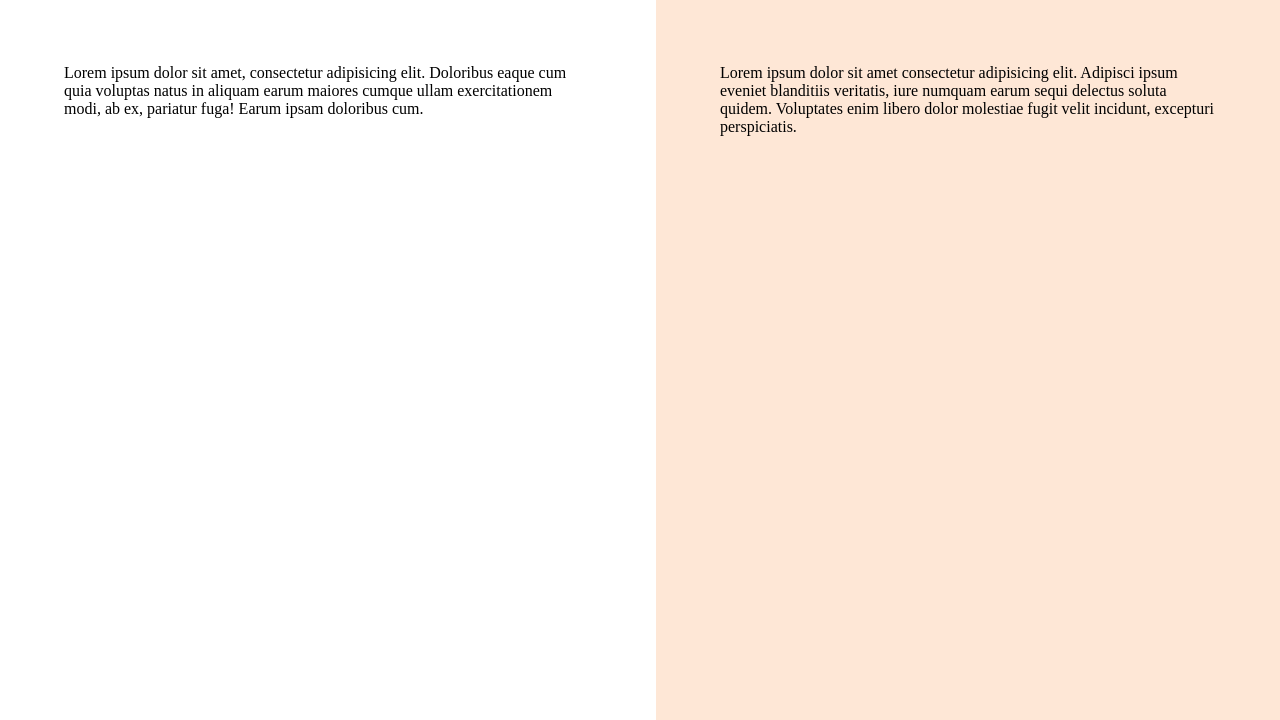
Repository: JeffRodFer/Formulario_de_Matriculas
Page: index.html
An editor plug-in stored every save of this project. The page is shown before and after a run of saves, followed by the edit.
The browser window is 1280 px wide. The pictures show the whole page.

Above is the page before, as saved 2025-05-06 20:55:41.

### index.html
<!DOCTYPE html>
<html lang="pt-br">
<head>

  <link rel="preconnect" href="https://fonts.googleapis.com">
  <link rel="preconnect" href="https://fonts.gstatic.com" crossorigin>

  <meta charset="UTF-8">
  <meta name="viewport" content="width=device-width, initial-scale=1.0">
  <title>Estrelas do Amanhã</title>

  <link rel="stylesheet" href="styles/index.css">
  <link href="https://fonts.googleapis.com/css2?family=Archivo:ital,wght@0,100..900;1,100..900&family=Bree+Serif&family=Poppins:wght@400;700&display=swap" rel="stylesheet">
</head>
<body>
  <div id="app">
    <main>
      <div class="main-container">Lorem ipsum dolor sit amet, consectetur adipisicing elit. Doloribus eaque cum quia voluptas natus in aliquam earum maiores cumque ullam exercitationem modi, ab ex, pariatur fuga! Earum ipsam doloribus cum.</div>
    </main>

    <aside>
      <div class="aside-container">Lorem ipsum dolor sit amet consectetur adipisicing elit. Adipisci ipsum eveniet blanditiis veritatis, iure numquam earum sequi delectus soluta quidem. Voluptates enim libero dolor molestiae fugit velit incidunt, excepturi perspiciatis.</div>
    </aside>

  </div>

</body>
</html>

### styles/global.css
* {
  margin: 0;
  padding: 0;
  box-sizing: border-box;
}

:root {
  --font-family: "Poppins", sans-serife;
  --text: 4001rem/1.5 var(--not-fsmily);
  --text-sm: 400 .875rem/1.4 var(--font-family);


  --text-primary: #292524;
  --text-secondary: #57534e;
  --text-tertiary: #8f8801;
  --text0-height: #e43a12;

  --surface-primary: #ffffff;
  --surface-secondary: #fee7d6;

  --stroke-default: #d6d3d1;
  --stroke-hightlight: #f3541c;
  --semantics-error:#dc2626;
}

body {
  overflow: hidden;
}

### styles/layout.css
#app {
  display: grid;
  grid-template-columns: 51.25% 48.75%;

  height: 100vh;
  overflow: hidden;
}

main {
  overflow: auto;
  padding: 4rem;

  & .main-container{
    max-width: 33rem;
    margin-left: auto;
  }
}
aside {
  background-color: var(--surface-secondary);
  padding: 4rem;

& .aside-container {
  max-width: 31rem;
}

}

Loaded but not shown: styles/index.css (common file)

After the next 2 saves:
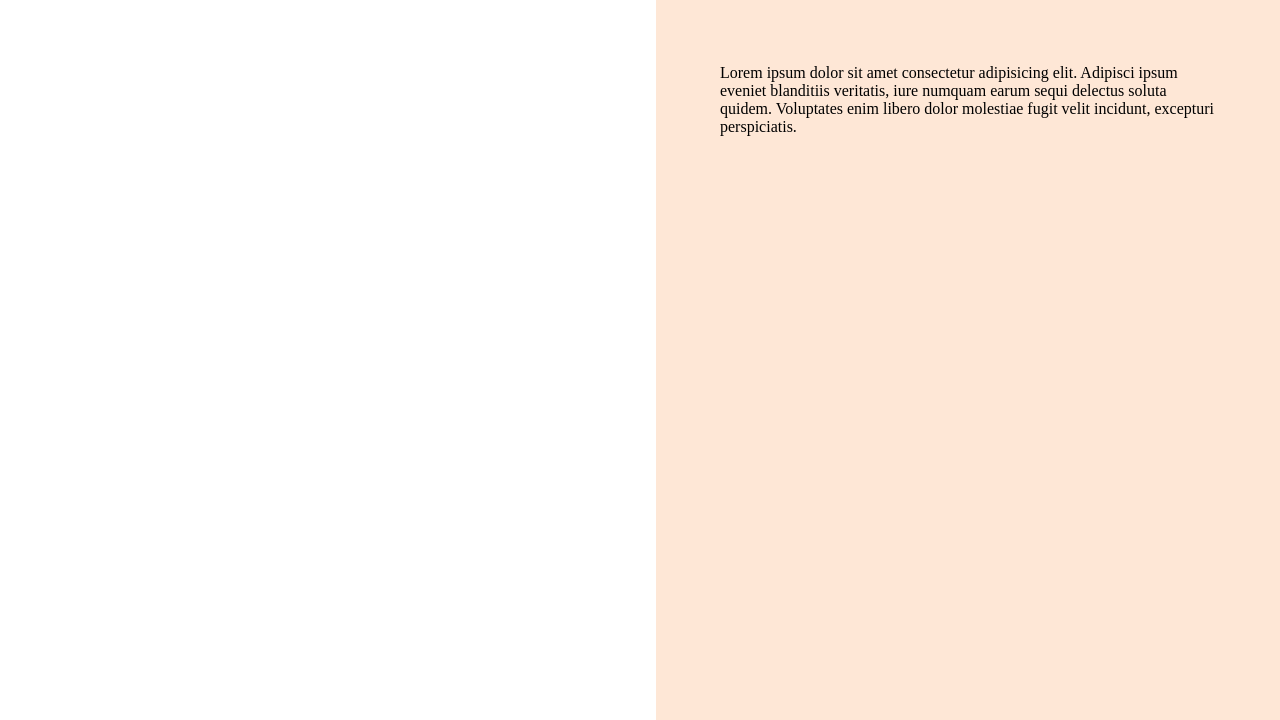
The 2 saves are shown as one change because they came seconds apart.
The last was saved 5 min 40 s later.
--- a/index.html
+++ b/index.html
@@ -15,7 +15,7 @@
 <body>
   <div id="app">
     <main>
-      <div class="main-container">Lorem ipsum dolor sit amet, consectetur adipisicing elit. Doloribus eaque cum quia voluptas natus in aliquam earum maiores cumque ullam exercitationem modi, ab ex, pariatur fuga! Earum ipsam doloribus cum.</div>
+      <div class="main-container"></div>
     </main>
 
     <aside>
